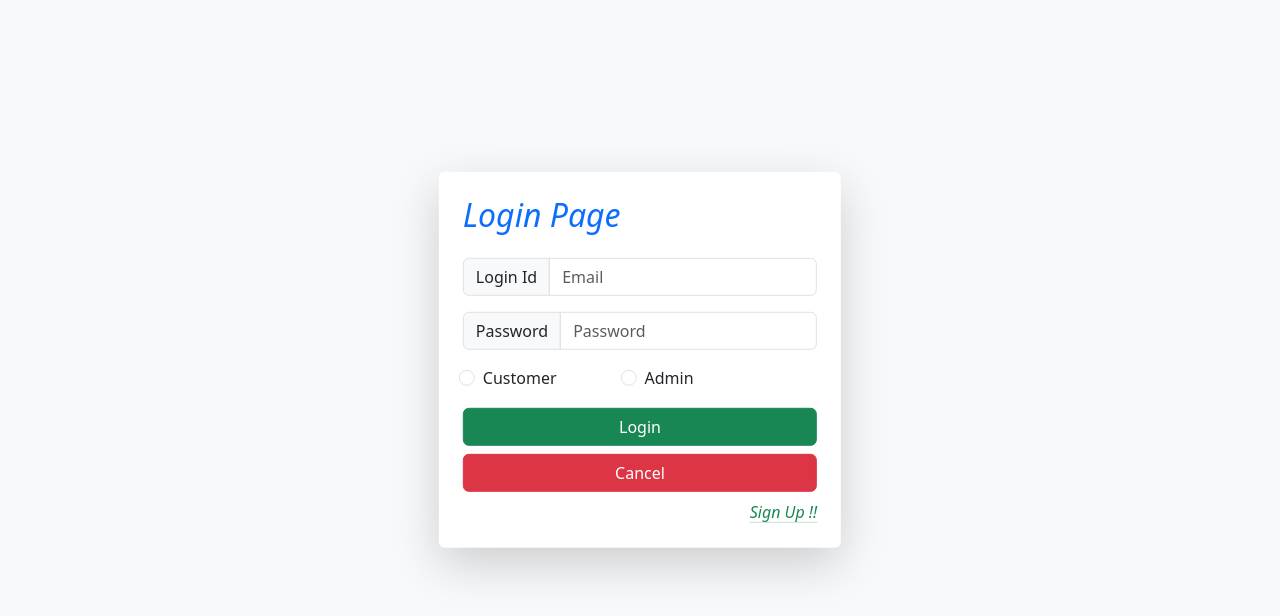
Repository: Niket-mishra/Dummy
Page: http://localhost/Mini-Project/Login.jsp
These files come from the project's save history. The page is drawn as it stood at one moment and after the next save; the edit follows.
The browser window is 1280 px wide. The pictures show the whole page.
The page is served by Tomcat 10.

Above is the page before, as saved 2024-05-07 17:07:05.

After the next save:
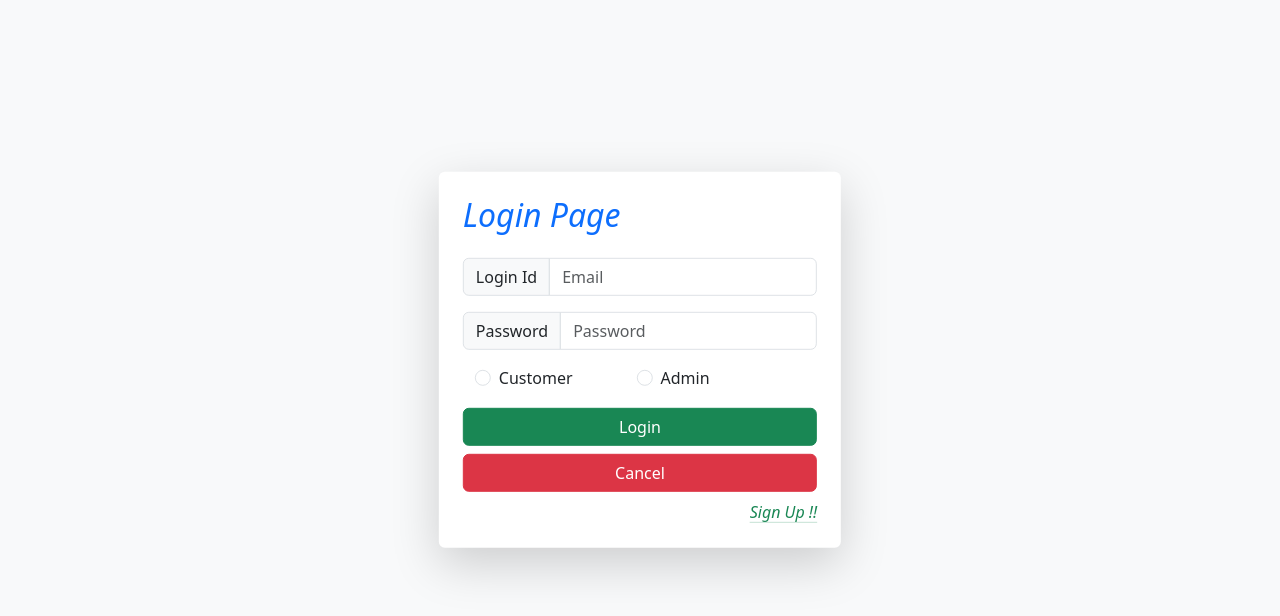
Saved 15 s later.
--- a/Mini-Project/src/main/webapp/Login.jsp
+++ b/Mini-Project/src/main/webapp/Login.jsp
@@ -22,7 +22,7 @@
   <input type="password" aria-label="password" class="form-control" placeholder="Password" required>
 </div>
 <div class = "row g-2 mb-3">
-  <div class="form-check col-auto pe-5">
+  <div class="form-check col-auto pe-5 ms-3">
     <input type="radio" class="form-check-input" id="validationFormCheck2" name="usertype" required>
     <label class="form-check-label" for="validationFormCheck2">Customer</label>
   </div>
